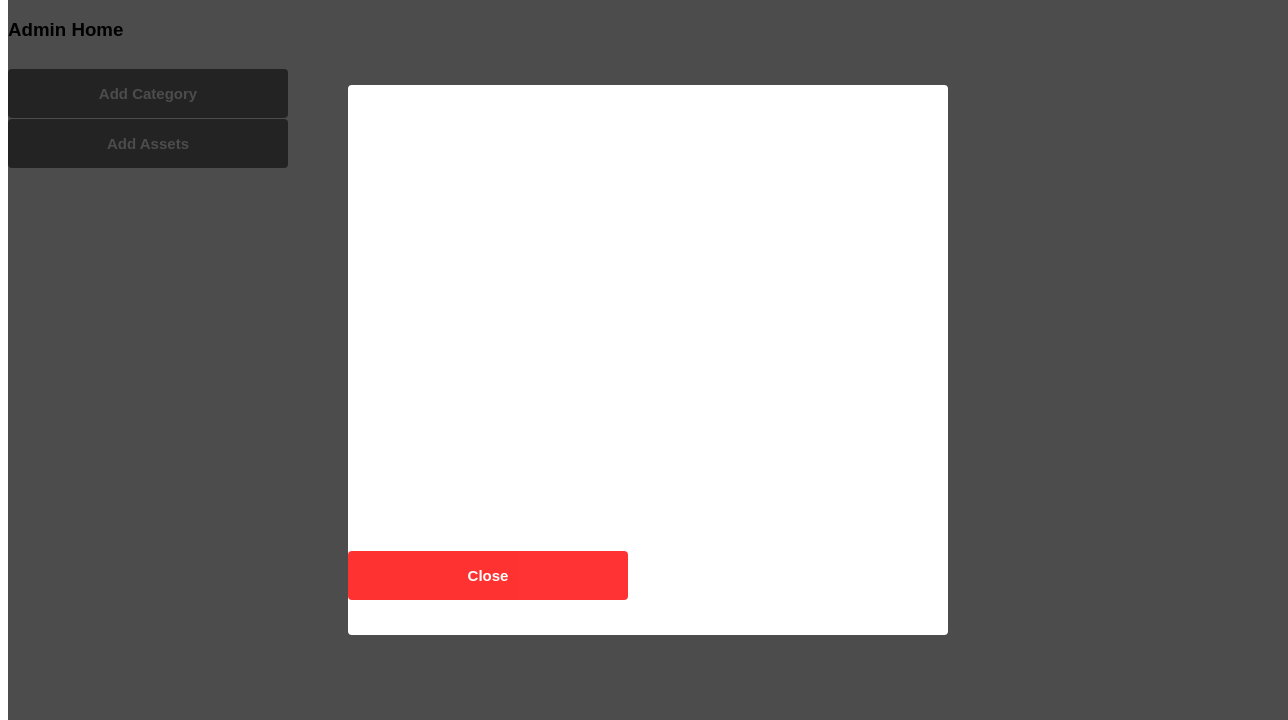
Repository: DhruvKaushal/CodeFury_404Found
Page: http://localhost/e-assets/assetadded.jsp
The author's editor kept a copy of each file at every save. The page is drawn from the files as they stood at one save, then again after the next save.
The browser window is 1280 px wide. The page is 1288 px wide, so the pictures cover 1288 px, including what lies to the right of the window. The pictures show the whole page.
The page is served by Tomcat 9.

Above is the page before, as saved 2020-10-05 10:37:19.

After the next save:
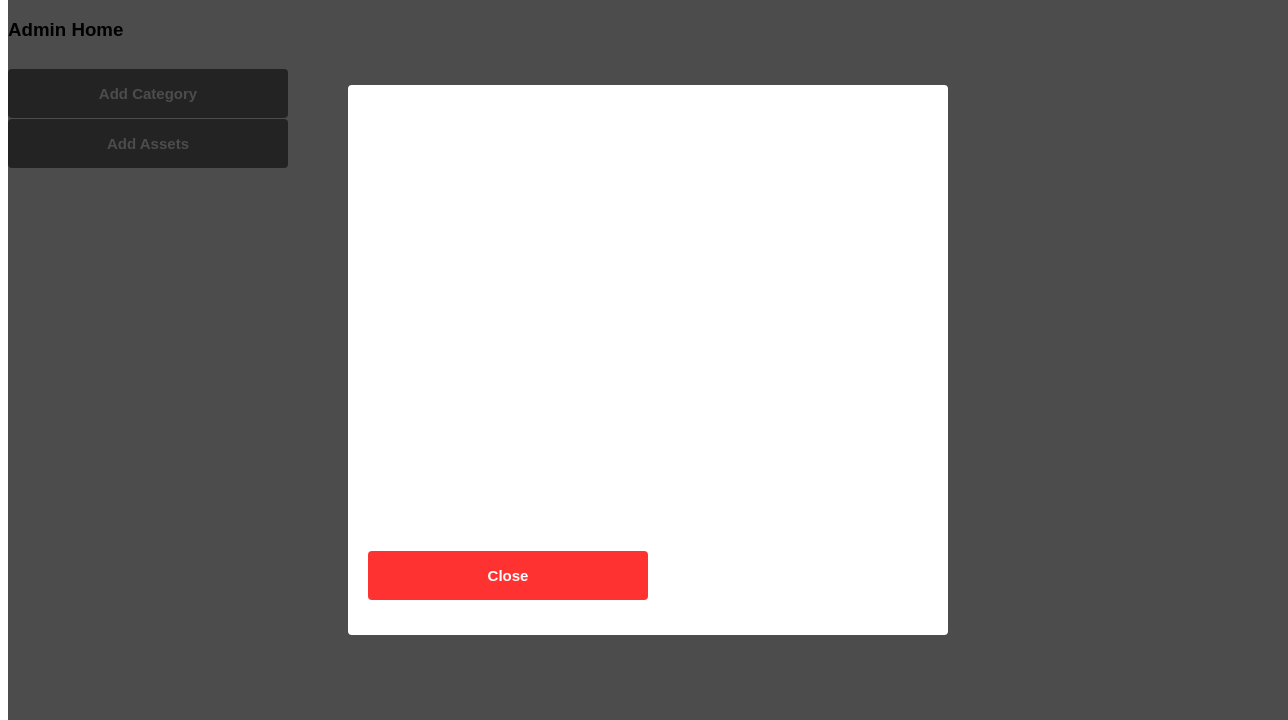
Saved 16 s later.
--- a/Aditya's New/E-Assets-Management/e-assets/WebContent/addassets.css
+++ b/Aditya's New/E-Assets-Management/e-assets/WebContent/addassets.css
@@ -46,8 +46,6 @@ body {font-family: Arial, Helvetica, sans-serif;}
   position: absolute;
   bottom: 35px;
 
-    left: 0%;
-    right: 0%;
 
   font-weight: bold;
   font-size: 15px;
